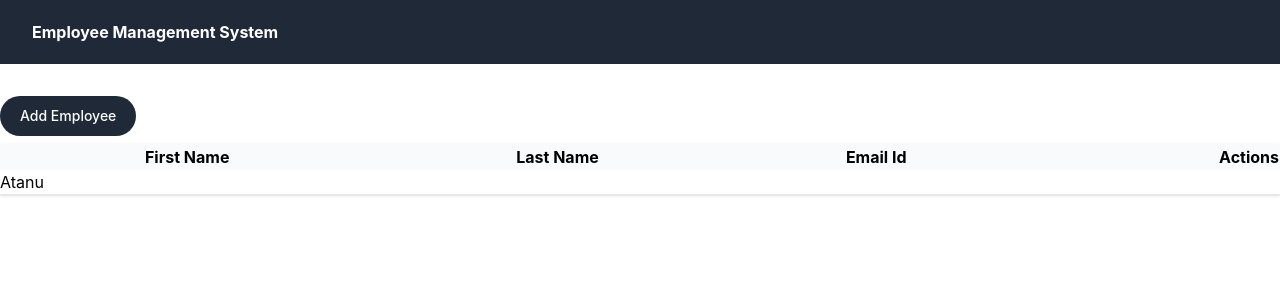
Repository: Atanu484/Full-Stack-Employee-Management-System
Page: / (app in employee-system-frontend/)
The author's editor kept a copy of each file at every save. The page is drawn from the files as they stood at one save, then again after the next save.
The browser window is 1280 px wide. The pictures show the whole page.
The project was rebuilt for these pictures with package versions that can differ from the ones it lists, and the page was loaded fresh each time. Also part of the build but not shown: employee-system-frontend/src/App.css, employee-system-frontend/src/services/EmployeeService.js, employee-system-frontend/src/components/AddEmployee.js.

Above is the page before, as saved 2022-08-15 04:50:36.

### employee-system-frontend/src/App.js

import { BrowserRouter, Routes, Route } from 'react-router-dom';
import './App.css';
import AddEmployee from './components/AddEmployee';
import EmployeeList from './components/EmployeeList';
import NavBar from './components/NavBar';

function App() {
  return (
    <>
      <BrowserRouter>
        <NavBar />
        <Routes>
          <Route path="/" element={<EmployeeList />}></Route>
          <Route path="/employeeList" element={<EmployeeList />}></Route>
          <Route path="/addEmployee" element={<AddEmployee />}></Route>
        </Routes>
      </BrowserRouter>
    </>
  );
}

export default App;

### employee-system-frontend/src/components/EmployeeList.js

import React from 'react';
const EmployeeList = () => {
    return (
        <div className="container mx-auto my-8">
            <div className="h-12">
                <button type="button" class="text-white bg-gray-800 hover:bg-gray-900 focus:outline-none focus:ring-4 focus:ring-gray-300 font-medium rounded-full text-sm px-5 py-2.5 mr-2 mb-2 dark:bg-gray-800 dark:hover:bg-gray-700 dark:focus:ring-gray-700 dark:border-gray-700">Add Employee</button>
            </div>
            <div className="flex shadow border-b">
                <table className="min-w-full">
                    <thead className="bg-gray-50">
                        <tr>
                            <th>First Name</th>
                            <th>Last Name</th>
                            <th>Email Id</th>
                            <th className="text-right">Actions</th>
                        </tr>
                    </thead>
                    <tbody>
                        <tr>Atanu</tr>
                        <tr></tr>
                        <tr></tr>
                        <tr></tr>
                    </tbody>
                </table>
            </div>
        </div>
    );
};

export default EmployeeList;

### employee-system-frontend/src/components/NavBar.js
import React from "react";

const Navbar = () => {
    return (
        <div className="bg-gray-800">
            <div className="h-16 px-8 flex items-center">
                <p className="text-white font-bold">Employee Management System</p>
            </div>
        </div>
    );
};

export default Navbar;

Loaded but not shown: employee-system-frontend/public/index.html (common file); employee-system-frontend/src/index.js (common file); employee-system-frontend/src/index.css (common file); employee-system-frontend/tailwind.config.js (common file)

After the next save:
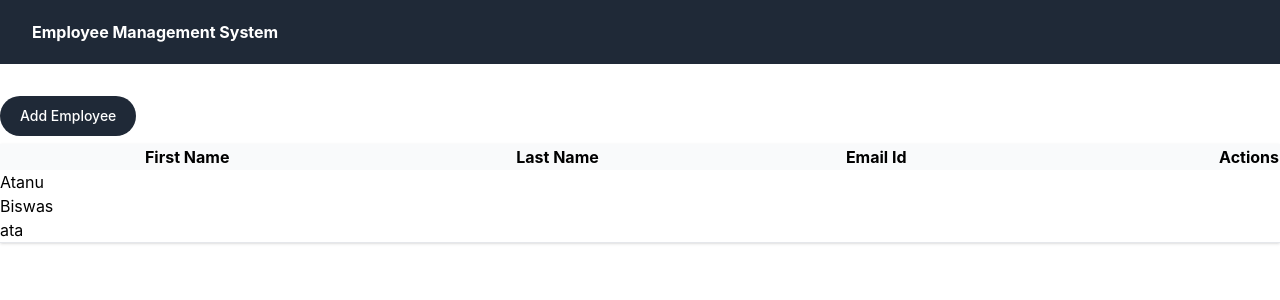
Saved 4 s later.
--- a/employee-system-frontend/src/components/EmployeeList.js
+++ b/employee-system-frontend/src/components/EmployeeList.js
@@ -18,8 +18,8 @@ const EmployeeList = () => {
                     </thead>
                     <tbody>
                         <tr>Atanu</tr>
-                        <tr></tr>
-                        <tr></tr>
+                        <tr>Biswas</tr>
+                        <tr>ata</tr>
                         <tr></tr>
                     </tbody>
                 </table>
